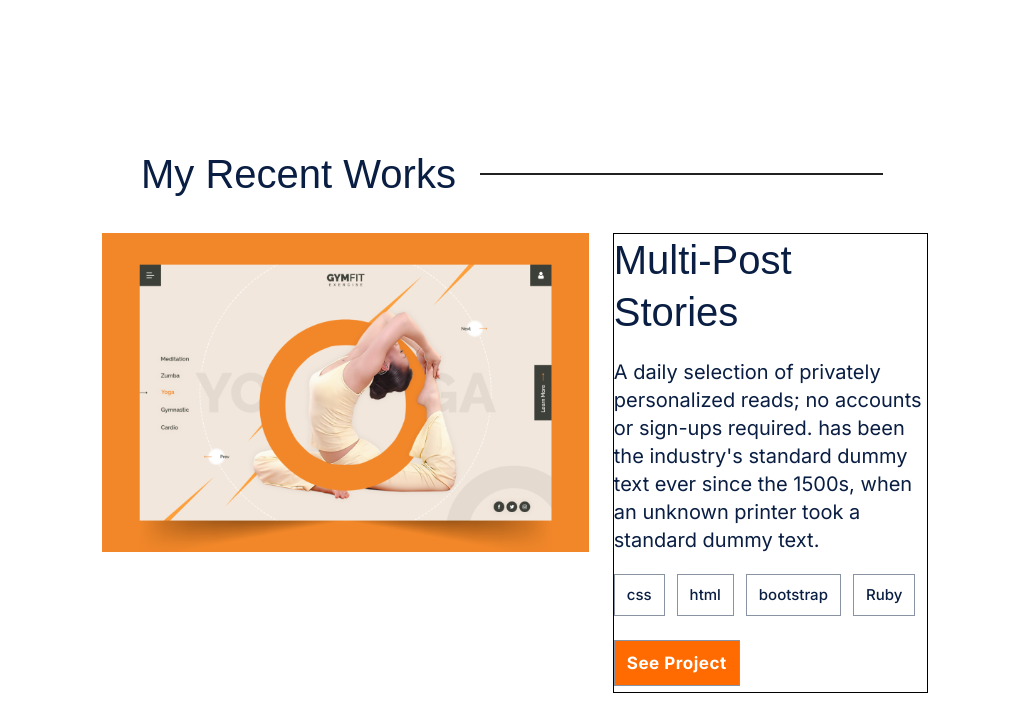
Repository: camilevahviraki/Portfolio
Page: index.html
The author's editor kept a copy of each file at every save. The page is drawn from the files as they stood at one save, then again after the next save.
The browser window is 1024 px wide. The pictures show the part of the page from y = 1108 to 1825 px (the page is 4935 px tall before and 5489 px after).
Pictures or frames that could not be fetched are drawn as grey boxes. A picture or video elsewhere on the page could not be fetched, so the positions and the page height are approximate. Some web fonts or font styles are not loaded; a fallback is used.

Above is the page before, as saved 2022-03-25 13:44:04.

After the next save:
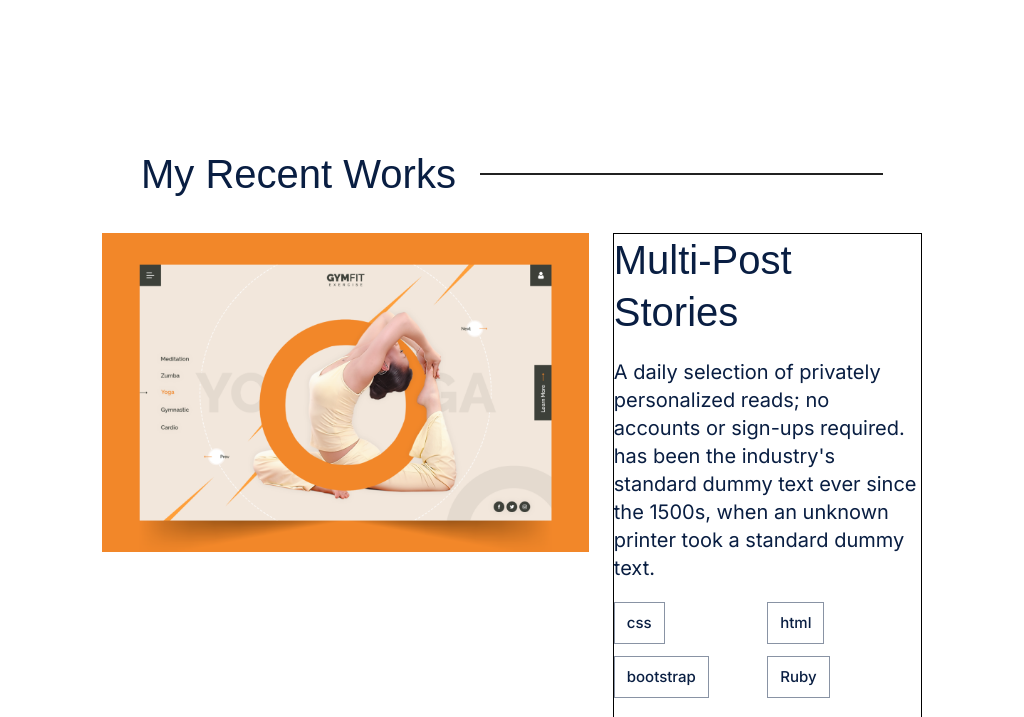
Saved 40 s later.
--- a/style_desktop.css
+++ b/style_desktop.css
@@ -235,7 +235,7 @@ h3 {
   padding-left: 0;
 }
 
-@media screen and (max-width: 1024) {
+@media screen and (max-width: 1024px) {
   .buttons_s2 {
     width: auto;
     list-style-type: none;
